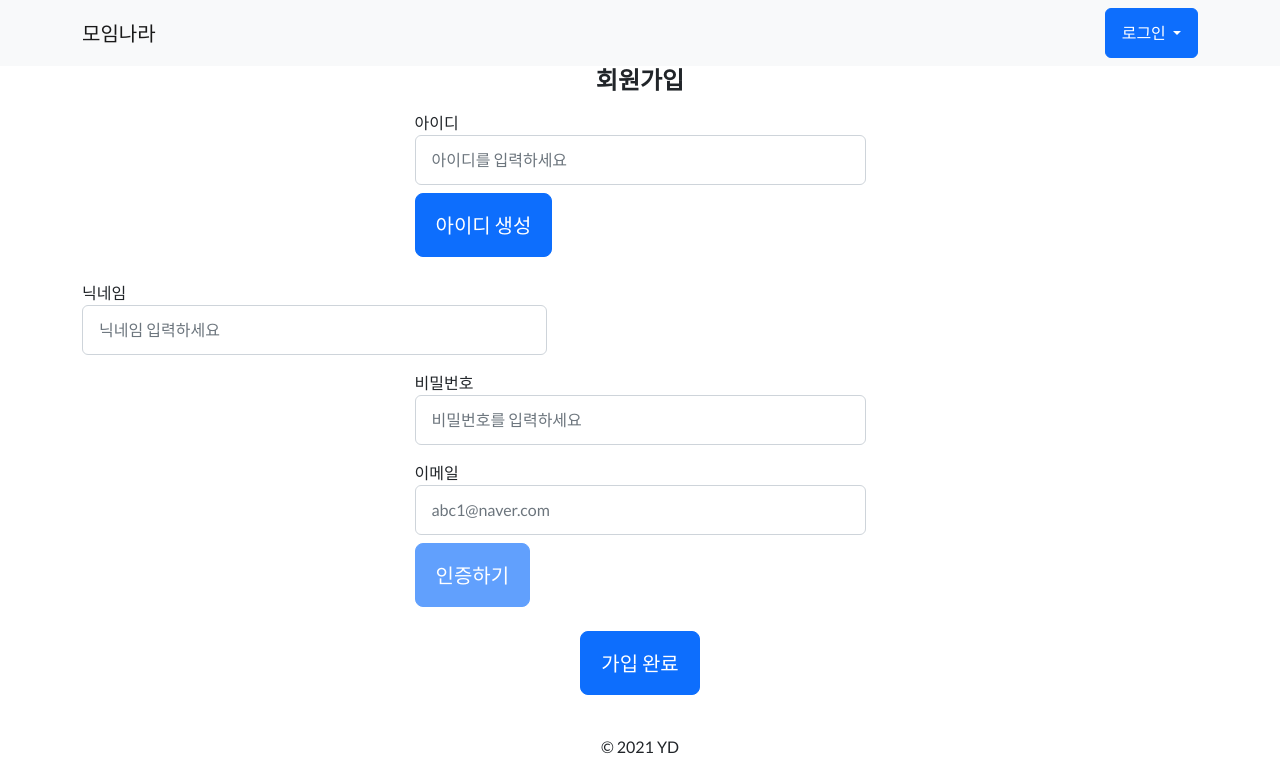
Repository: cmg9707/Devfox-spring-project
Page: http://localhost/DevJUS/WEB-INF/views/JUS/join.jsp
The author's editor kept a copy of each file at every save. The page is drawn from the files as they stood at one save, then again after the next save.
The browser window is 1280 px wide. The pictures show the whole page.
The page is served by Tomcat 9. Nobody is signed in. The template is opened directly, without the code that normally fills it, so the values that code supplies are empty.

Above is the page before, as saved 2023-04-07 02:05:50.

After the next save:
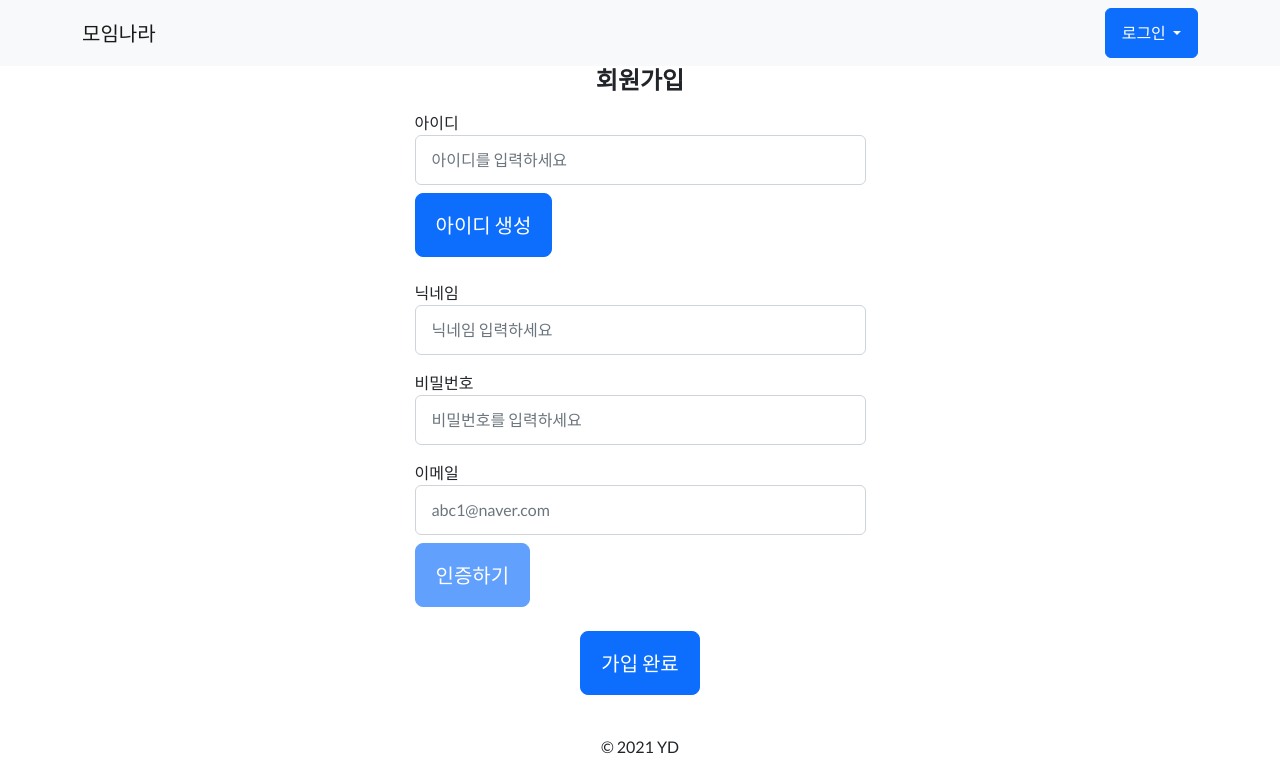
Saved 39 s later.
--- a/DevJUS/src/main/webapp/WEB-INF/views/JUS/join.jsp
+++ b/DevJUS/src/main/webapp/WEB-INF/views/JUS/join.jsp
@@ -62,12 +62,14 @@
 							<div class="invalid-feedback">아이디 생성을 눌러주세요.</div>
 						</div>
 					</div>
-					<div class="col-md-5 mb-3">
-							<label for="user_name">닉네임</label> <input type="text"
-								class="form-control" id="user_name" name ="user_name" placeholder="닉네임 입력하세요" value=""
-								>
-							<div class="invalid-feedback">이름을 입력해주세요.</div>
-						</div>
+					<div class="row d-flex justify-content-center">
+						<div class="col-md-5 mb-3">
+								<label for="user_name">닉네임</label> <input type="text"
+									class="form-control" id="user_name" name ="user_name" placeholder="닉네임 입력하세요" value=""
+									>
+								<div class="invalid-feedback">이름을 입력해주세요.</div>
+							</div>
+					</div>
 					<div class="row d-flex justify-content-center">
 						<div class="col-md-5 mb-3">
 							<label for="nickname">비밀번호</label> <input type="password"
